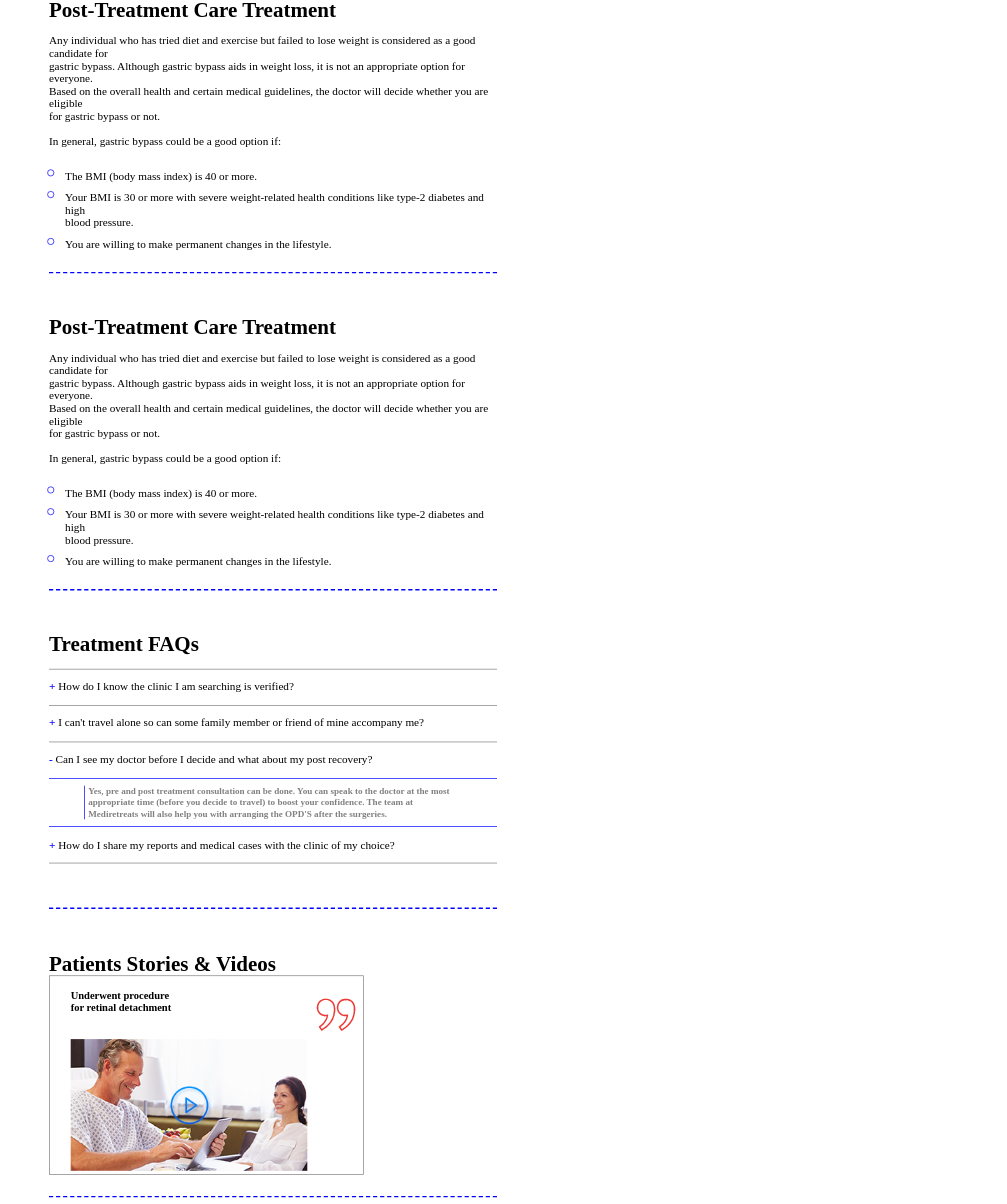
Repository: hetuk2005/webDevelopment
Page: Projects/Aafiya.html
These files come from the project's save history. The page is drawn as it stood at one moment and after the next save; the edit follows.
The browser window is 1280 px wide. The page is 1438 px wide, so the pictures cover 1438 px, including what lies to the right of the window. The pictures show the part of the page from y = 2759 to 4479 px (the page is 4479 px tall), at 70% of full size.

Above is the page before, as saved 2025-04-08 10:38:58.

After the next save:
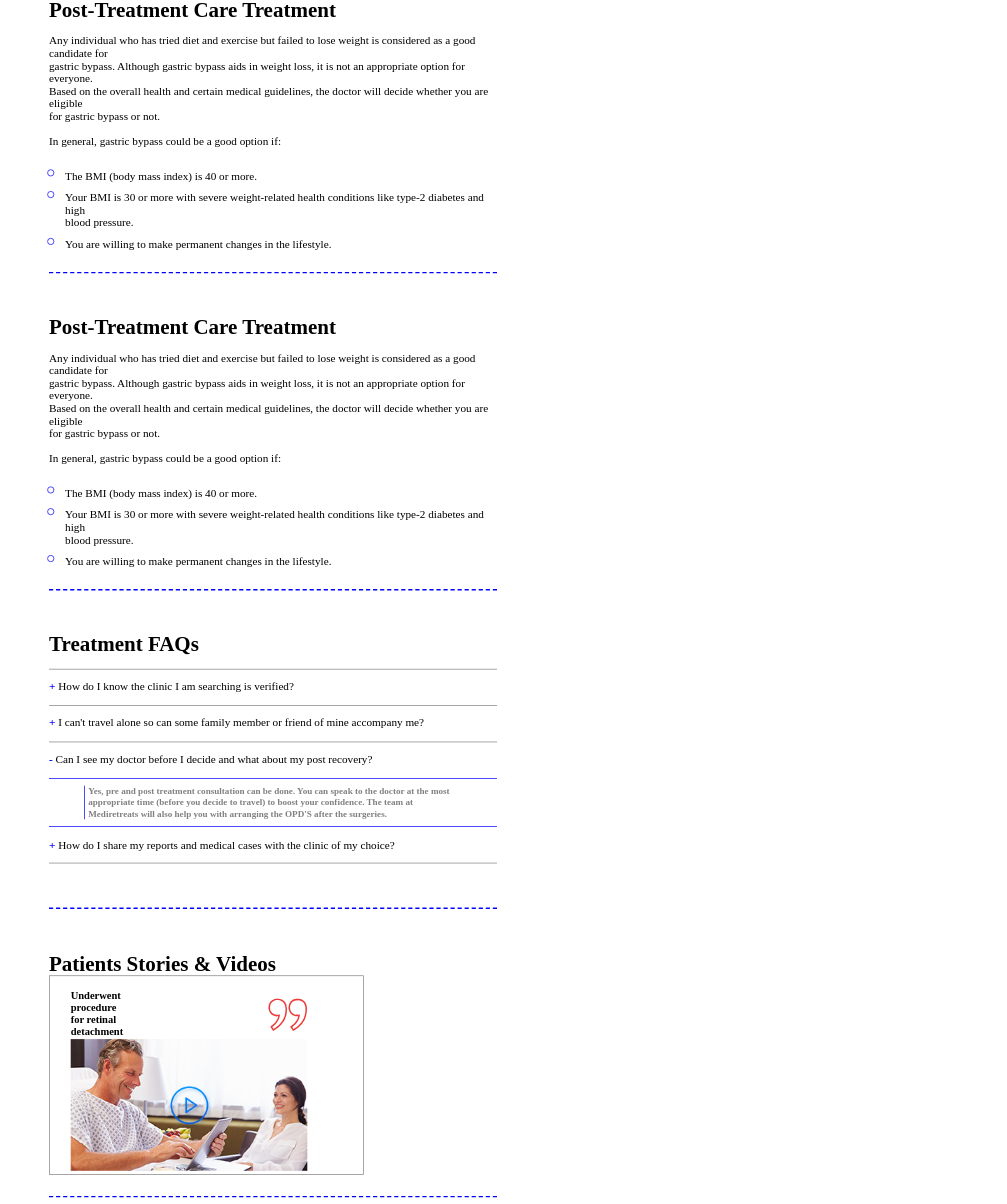
Saved 58 s later.
--- a/Projects/CSS/Aafiya.css
+++ b/Projects/CSS/Aafiya.css
@@ -520,13 +520,12 @@ span {
     display: flex;
     font-size: 15px;
     font-weight: bold;
-    /* gap: 20px; */
-    /* margin-top: 50px; */
 }
 
 .patient_stories>.stories_img>.text1>.quotes {
     height: 70px;
     width: 70px;
+    margin-right: 100px;
     margin-left: 200px;
     object-fit: contain;
 }
